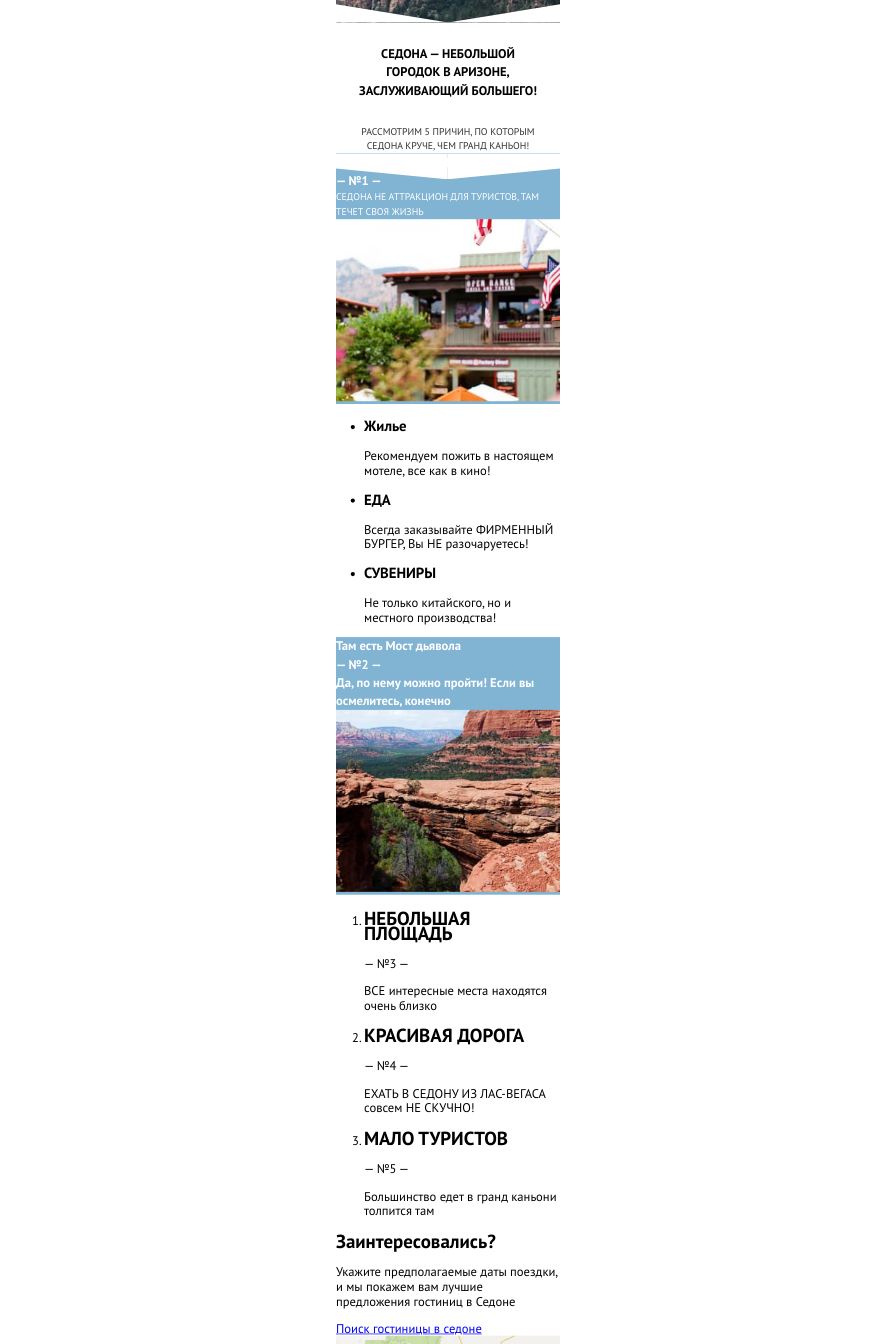
Repository: iKrekus/2149661-sedona-27
Page: source/index.html
An editor plug-in stored every save of this project. The page is shown before and after the next save, followed by the edit.
The browser window is 1280 px wide. The pictures show the part of the page from y = 413 to 2333 px (the page is 2792 px tall before and 2782 px after), at 70% of full size.
The style sheet was rebuilt from its Sass, Less or Tailwind sources for each picture, by a compiler version that may differ from the author's.

Above is the page before, as saved 2022-12-04 21:09:06.

After the next save:
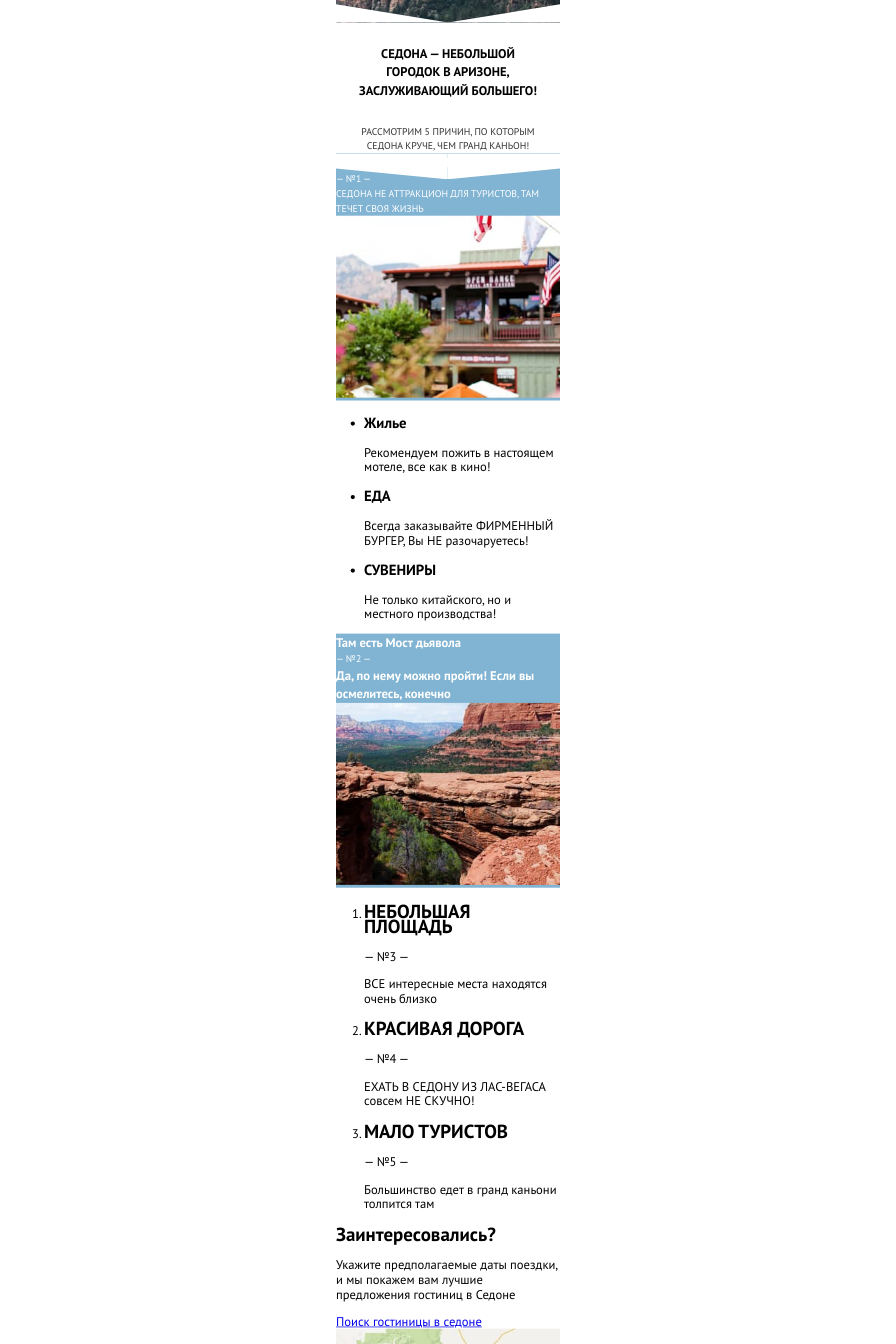
Saved 9 s later.
--- a/source/sass/blocks/body/features.scss
+++ b/source/sass/blocks/body/features.scss
@@ -12,7 +12,7 @@
 }
 
 .features__features-divider {
-  @include mixin.font-title-mob;
+  @include mixin.font-description-mob;
   color: var.$light-text-color;
   margin: 0;
 }
